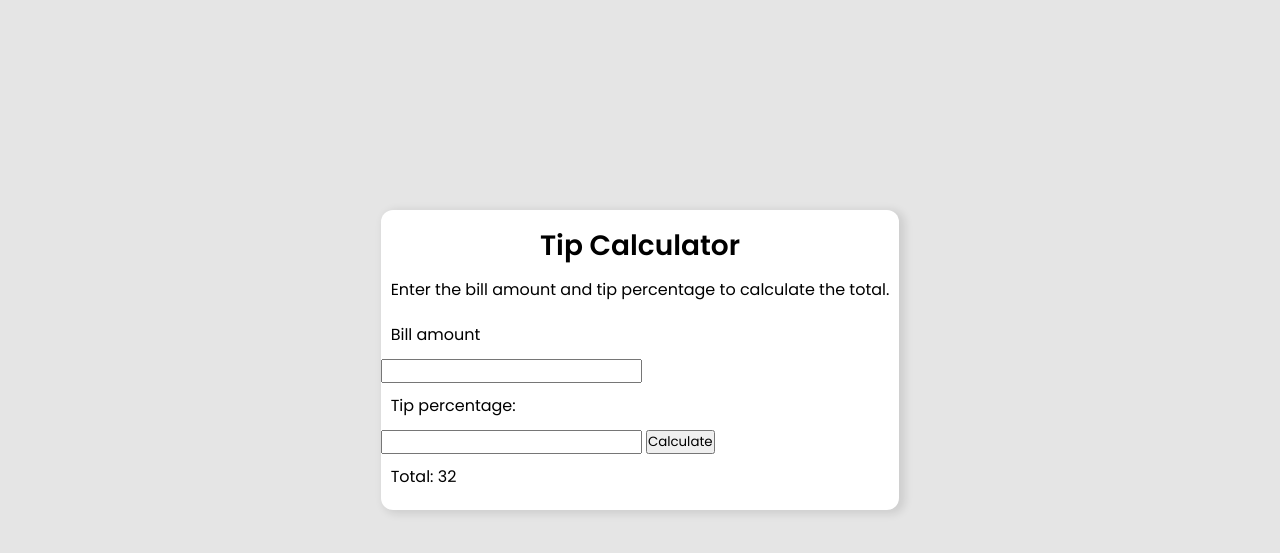
Repository: Ankitkr2021/Tip-Calculator
Page: index.html
The author's editor kept a copy of each file at every save. The page is drawn from the files as they stood at one save, then again after the next save.
The browser window is 1280 px wide. The pictures show the whole page.

Above is the page before, as saved 2025-10-27 10:52:31.

### index.html
<!DOCTYPE html>
<html lang="en">
<head>
    <meta charset="UTF-8">
    <meta name="viewport" content="width=device-width, initial-scale=1.0">
    <title>Tip Calculator</title>
    <link rel="stylesheet" href="./style.css">
</head>
<body>
    <div class="box">
        <h2>Tip Calculator</h2>
        <p>Enter the bill amount and tip percentage to calculate the total.</p>
        <p>Bill amount</p>
        <input type="number">
        <p>Tip percentage:</p>
        <input type="number">
        <button>Calculate</button>
        <p>Total: <span>32</span></p>
    </div>
</body>
</html>

### style.css
@import url('https://fonts.googleapis.com/css2?family=Poppins:wght@300;400;500;600;700&display=swap');

*{
    margin: 0;
    padding: 0;
    box-sizing: border-box;
    font-family: "Poppins",sans-serif;
}

body {
    height: 100vh;
    width: 100%;
    display: flex;
    align-items: center;
    justify-content: center;
    background: rgba(0,0,0,0.1);
}

.box {
    background: #fff;
    height: 300px;
    box-shadow: 4px 2px 8px 2px rgba(0,0,0,0.1);
    border-radius: 12px;
}

h2{
    text-align: center;
    padding: 15px 0 0 0;
    font-size: 28px;
    font-weight: 600;
}

p{
    padding: 10px;
}

After the next save:
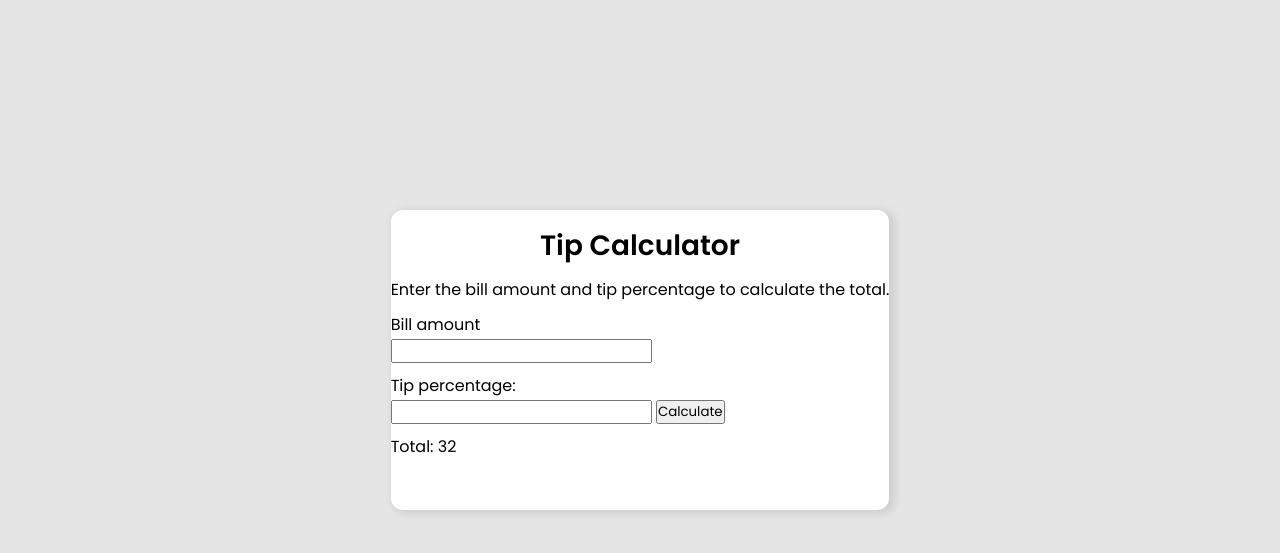
Saved 11 s later.
--- a/style.css
+++ b/style.css
@@ -31,5 +31,5 @@ h2{
 }
 
 p{
-    padding: 10px;
+    padding: 10px 0 0 0;
 }
